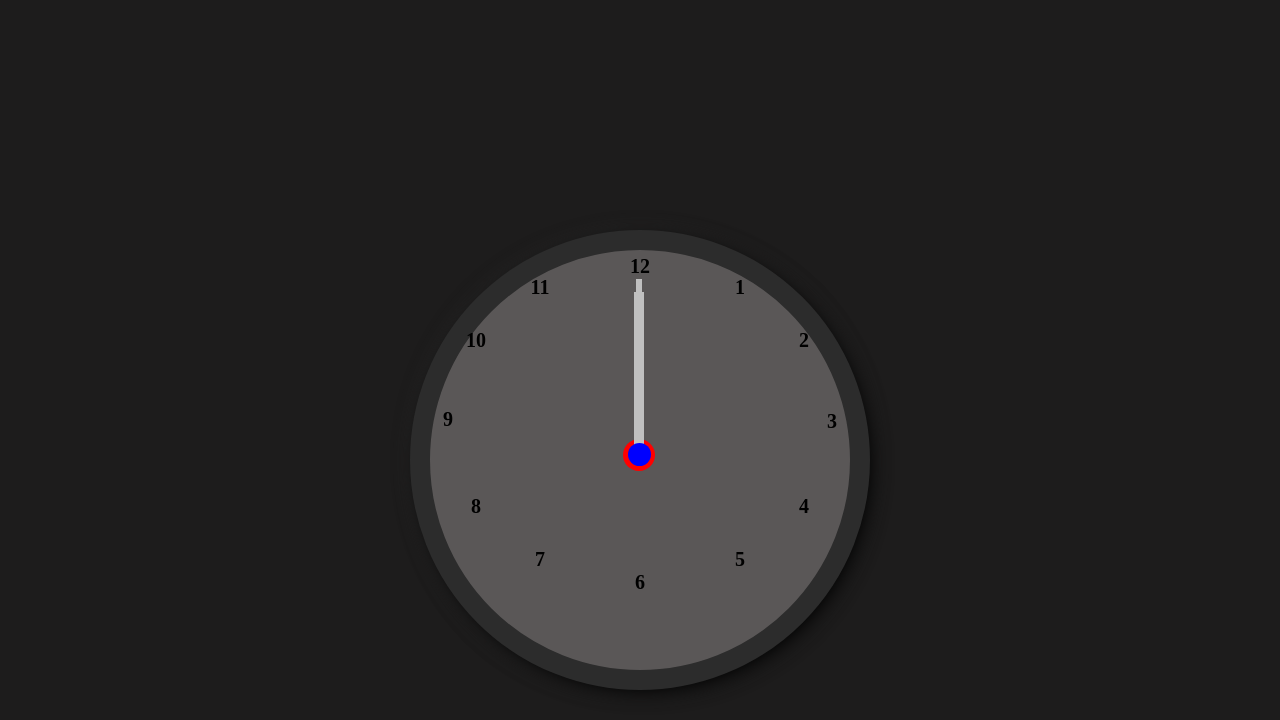
Repository: Eugene44-hub/Analog-clock
Page: index.html
The author's editor kept a copy of each file at every save. The page is drawn from the files as they stood at one save, then again after the next save.
The browser window is 1280 px wide. The pictures show the whole page.

Above is the page before, as saved 2021-09-04 23:17:17.

After the next save:
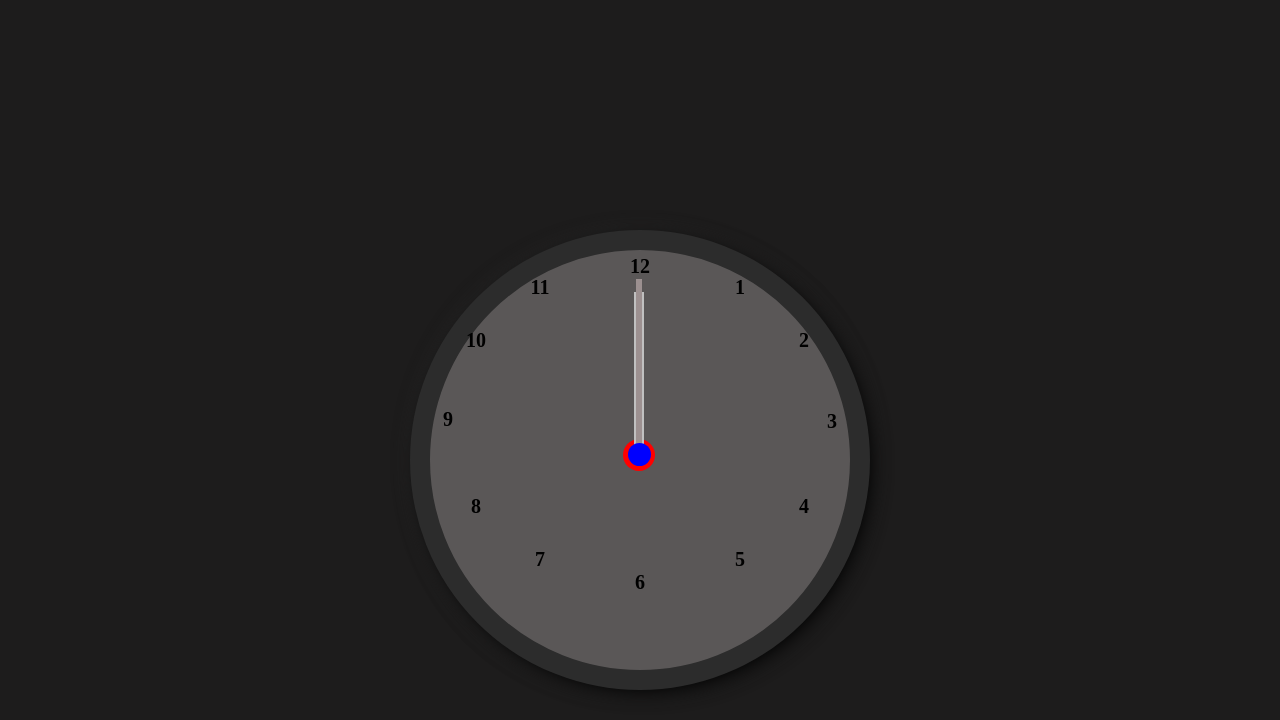
Saved 28 s later.
--- a/style.css
+++ b/style.css
@@ -68,7 +68,7 @@ body {
     height: 180px;
     border: 50%;
     transform: rotate(0deg);
-    background-color: silver;
+    background-color: rgb(156, 144, 144);
     transform-origin: bottom;
     animation: clock 60s linear infinite;
 }
